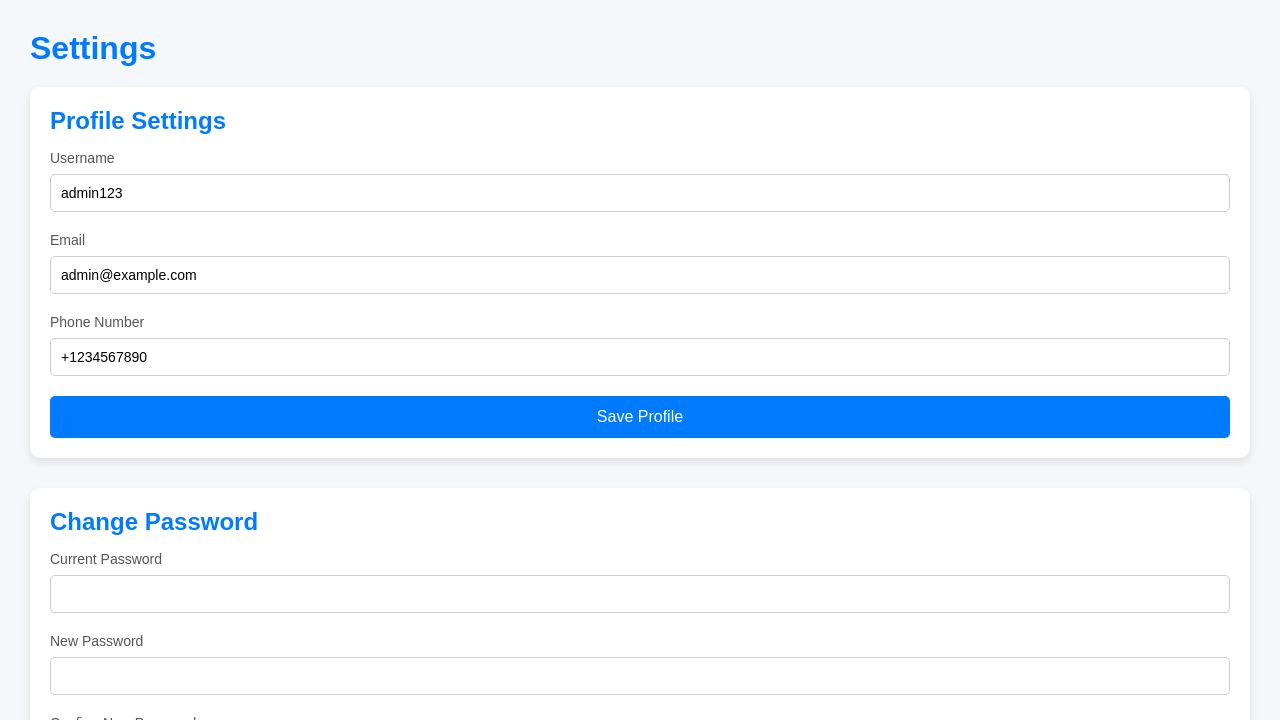
Repository: 2025silverx/slivedrX
Page: setting.html
These files come from the project's save history. The page is drawn as it stood at one moment and after the next save; the edit follows.
The browser window is 1280 px wide. The pictures show the whole page.
An inner scrolling area shows only its first screen.

Above is the page before, as saved 2025-01-05 00:17:05.

### setting.html
<!DOCTYPE html>
<html lang="en">
<head>
    <meta charset="UTF-8">
    <meta name="viewport" content="width=device-width, initial-scale=1.0">
    <title>Admin Panel - Settings</title>
    <link rel="stylesheet" href="settings.css">

</head>
<body>
    <div id="header-container"></div>
    <div id="sidebar-container"></div>

    <div class="main-content">
        <h1>Settings</h1>

        <!-- Profile Settings Section -->
        <div class="settings-section">
            <h2>Profile Settings</h2>
            <form class="settings-form">
                <div class="form-group">
                    <label for="username">Username</label>
                    <input type="text" id="username" name="username" value="admin123" required>
                </div>
                <div class="form-group">
                    <label for="email">Email</label>
                    <input type="email" id="email" name="email" value="admin@example.com" required>
                </div>
                <div class="form-group">
                    <label for="phone">Phone Number</label>
                    <input type="text" id="phone" name="phone" value="+1234567890" required>
                </div>
                <button type="submit" class="btn">Save Profile</button>
            </form>
        </div>

        <!-- Change Password Section -->
        <div class="settings-section">
            <h2>Change Password</h2>
            <form class="settings-form">
                <div class="form-group">
                    <label for="current-password">Current Password</label>
                    <input type="password" id="current-password" name="current-password" required>
                </div>
                <div class="form-group">
                    <label for="new-password">New Password</label>
                    <input type="password" id="new-password" name="new-password" required>
                </div>
                <div class="form-group">
                    <label for="confirm-password">Confirm New Password</label>
                    <input type="password" id="confirm-password" name="confirm-password" required>
                </div>
                <button type="submit" class="btn">Change Password</button>
            </form>
        </div>

        <!-- Notification Settings Section -->
        <div class="settings-section">
            <h2>Notification Settings</h2>
            <form class="settings-form">
                <div class="form-group">
                    <label for="email-notifications">Email Notifications</label>
                    <input type="checkbox" id="email-notifications" name="email-notifications" checked>
                </div>
                <div class="form-group">
                    <label for="sms-notifications">SMS Notifications</label>
                    <input type="checkbox" id="sms-notifications" name="sms-notifications">
                </div>
                <div class="form-group">
                    <label for="push-notifications">Push Notifications</label>
                    <input type="checkbox" id="push-notifications" name="push-notifications" checked>
                </div>
                <button type="submit" class="btn">Save Notifications</button>
            </form>
        </div>
    </div>

    <script src="settings.js"></script>
</body>
</html>

### settings.css
/* Reset some default styles */
* {
    margin: 0;
    padding: 0;
    box-sizing: border-box;
}

/* Body and container styles */
body {
    font-family: Arial, sans-serif;
    display: flex;
    height: 100vh;
    background-color: #f5f7fa;
}

/* Sidebar styles */
.sidebar {
    width: 250px;
    background-color: #007bff;
    color: white;
    padding: 20px;
    display: flex;
    flex-direction: column;
    position: sticky;
    top: 0;
}

.sidebar h2 {
    margin-bottom: 20px;
    text-align: center;
}

.sidebar-links {
    list-style: none;
    margin-top: 30px;
}

.sidebar-links li {
    margin-bottom: 15px;
}

.sidebar-links a {
    text-decoration: none;
    color: white;
    font-weight: bold;
}

.sidebar-links a:hover {
    color: #f0f0f0;
}

/* Main content area */
.main-content {
    flex: 1;
    padding: 30px;
    overflow-y: auto;
}

h1 {
    color: #007bff;
    margin-bottom: 20px;
}

/* Settings section styles */
.settings-section {
    background-color: white;
    padding: 20px;
    border-radius: 10px;
    box-shadow: 0 4px 8px rgba(0, 0, 0, 0.1);
    margin-bottom: 30px;
}

.settings-section h2 {
    color: #007bff;
    margin-bottom: 15px;
}

.settings-form {
    display: flex;
    flex-direction: column;
    gap: 20px;
}

.form-group {
    display: flex;
    flex-direction: column;
    gap: 8px;
}

label {
    font-size: 14px;
    color: #555;
}

input {
    padding: 10px;
    font-size: 14px;
    border: 1px solid #ccc;
    border-radius: 5px;
    width: 100%;
}

input[type="checkbox"] {
    width: auto;
}

button.btn {
    background-color: #007bff;
    color: white;
    padding: 12px;
    border: none;
    border-radius: 5px;
    cursor: pointer;
    font-size: 16px;
}

button.btn:hover {
    background-color: #0056b3;
}

/* Responsive Styles */
@media (max-width: 768px) {
    .sidebar {
        width: 200px;
    }

    .main-content {
        padding: 20px;
    }
}

### settings.js
// This script handles form submission and any additional interactivity (if needed).
document.querySelectorAll('.settings-form').forEach(form => {
    form.addEventListener('submit', function(event) {
        event.preventDefault();
        alert('Settings saved successfully!');
    });
});

After the next save:
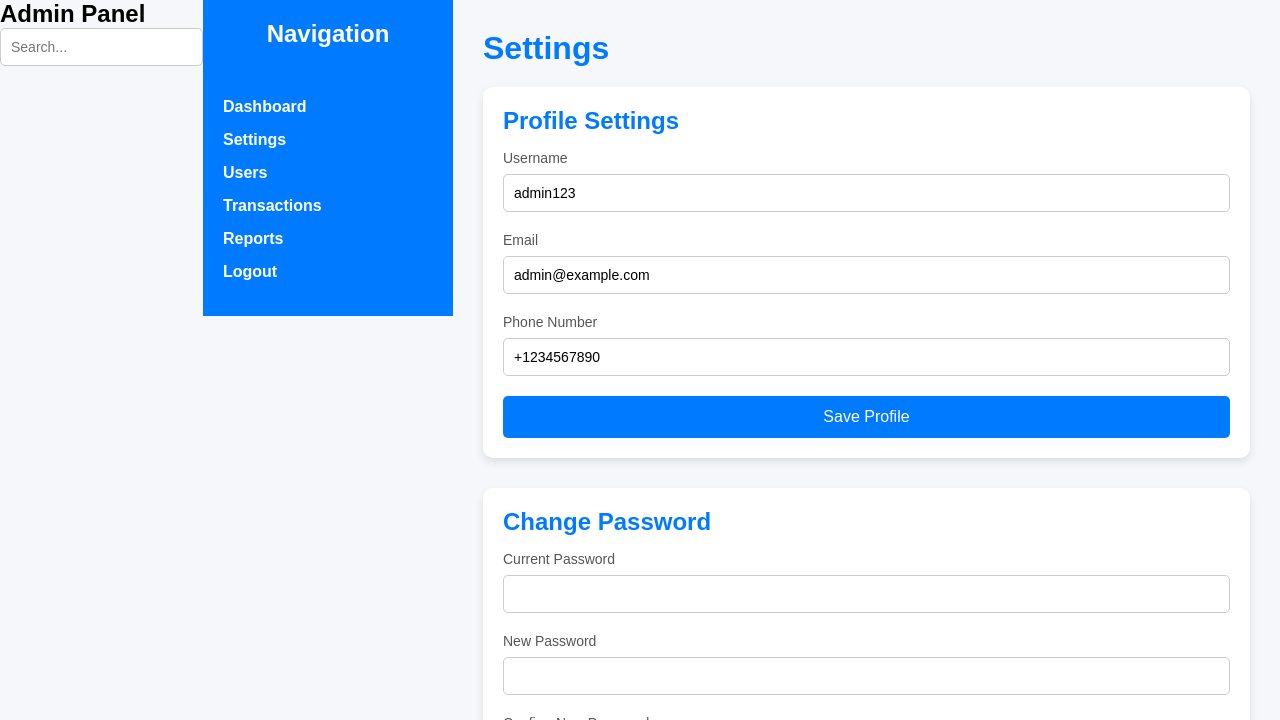
Saved 66 s later.
--- a/setting.html
+++ b/setting.html
@@ -5,12 +5,36 @@
     <meta name="viewport" content="width=device-width, initial-scale=1.0">
     <title>Admin Panel - Settings</title>
     <link rel="stylesheet" href="settings.css">
-
 </head>
 <body>
-    <div id="header-container"></div>
-    <div id="sidebar-container"></div>
+    <!-- Header / Navigation Bar -->
+    <div id="header-container">
+        <header class="header">
+            <div class="header-left">
+                <h2>Admin Panel</h2>
+            </div>
+            <div class="header-right">
+                <input type="text" class="search-bar" placeholder="Search...">
+            </div>
+        </header>
+    </div>
 
+    <!-- Sidebar -->
+    <div id="sidebar-container">
+        <div class="sidebar">
+            <h2>Navigation</h2>
+            <ul class="sidebar-links">
+                <li><a href="#">Dashboard</a></li>
+                <li><a href="#">Settings</a></li>
+                <li><a href="#">Users</a></li>
+                <li><a href="#">Transactions</a></li>
+                <li><a href="#">Reports</a></li>
+                <li><a href="#">Logout</a></li>
+            </ul>
+        </div>
+    </div>
+
+    <!-- Main Content -->
     <div class="main-content">
         <h1>Settings</h1>
 
